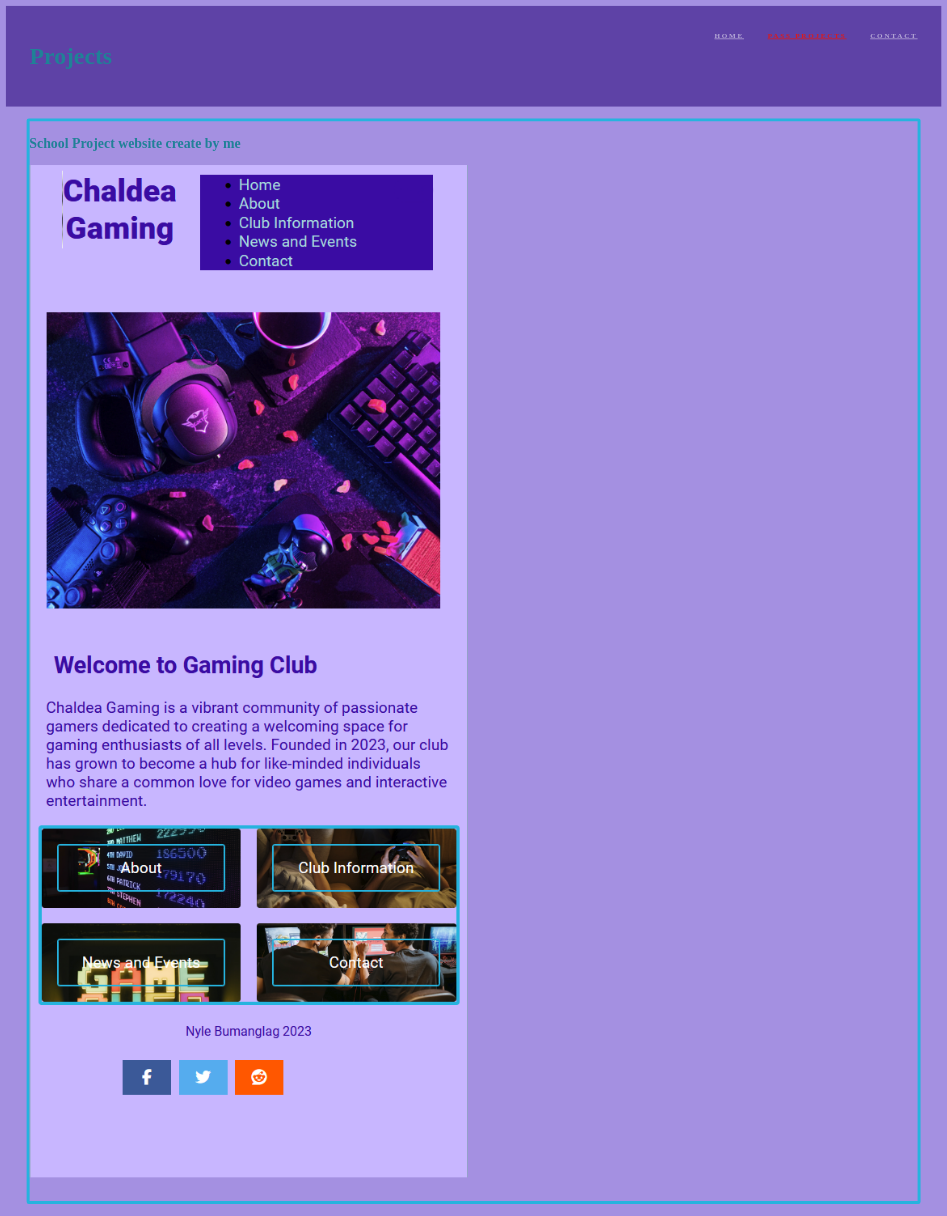
Repository: NyleNC/main
Page: projects.html
The author's editor kept a copy of each file at every save. The page is drawn from the files as they stood at one save, then again after the next save.
The browser window is 1280 px wide. The pictures show the whole page, at 74% of full size.

Above is the page before, as saved 2024-11-07 00:38:14.

After the next save:
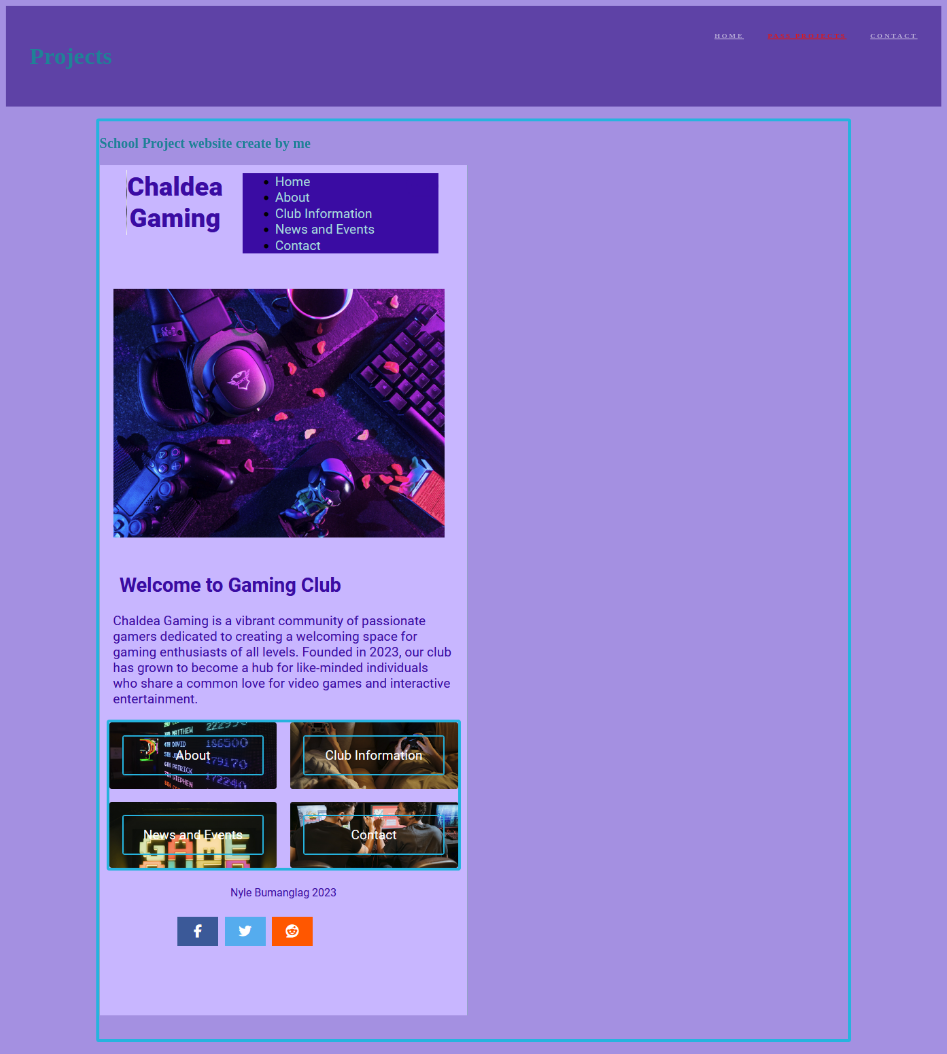
Saved 12 s later.
--- a/style.css
+++ b/style.css
@@ -69,7 +69,7 @@ color: #dd1a1a;
     gap: 1em;
     display: grid;
     grid-template-columns:  1fr 1fr;
-	width: 95%;
+	width: 80%;
     height: auto;
     border: 4px solid #26b3de;
     border-radius:3px;
